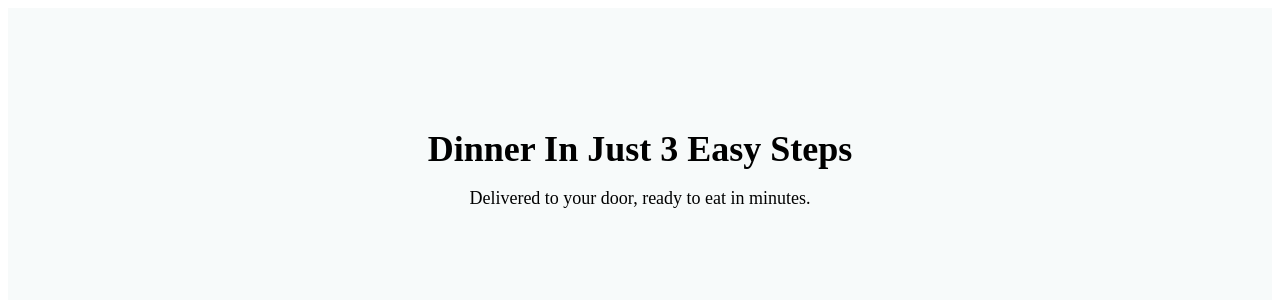
Repository: ST-United-Internship/leadpage
Page: icons-UI.html
The author's editor kept a copy of each file at every save. The page is drawn from the files as they stood at one save, then again after the next save.
The browser window is 1280 px wide. The pictures show the whole page.

Above is the page before, as saved 2023-03-15 09:23:20.

After the next save:
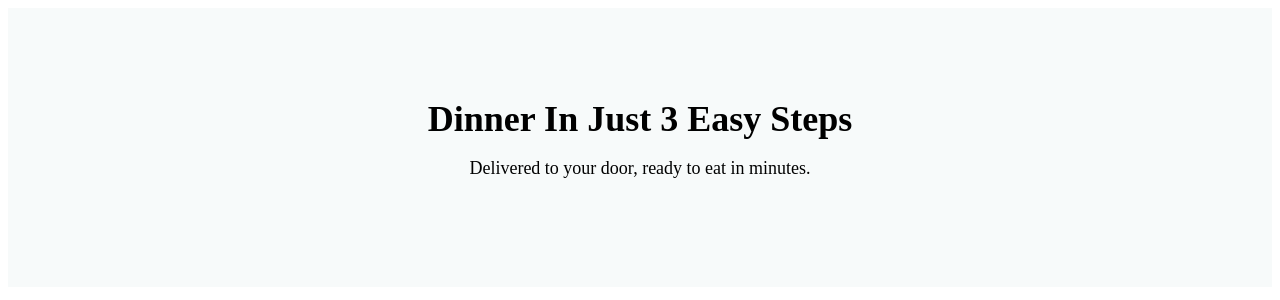
Saved 29 s later.
--- a/css/icons-UI.css
+++ b/css/icons-UI.css
@@ -9,7 +9,7 @@
 
 .about .title-text h2{
     font-size: 36px;
-    margin-bottom: 10px;
+    margin: 0px 0px 10px 0px;
 }
 
 .about .title-text p{
